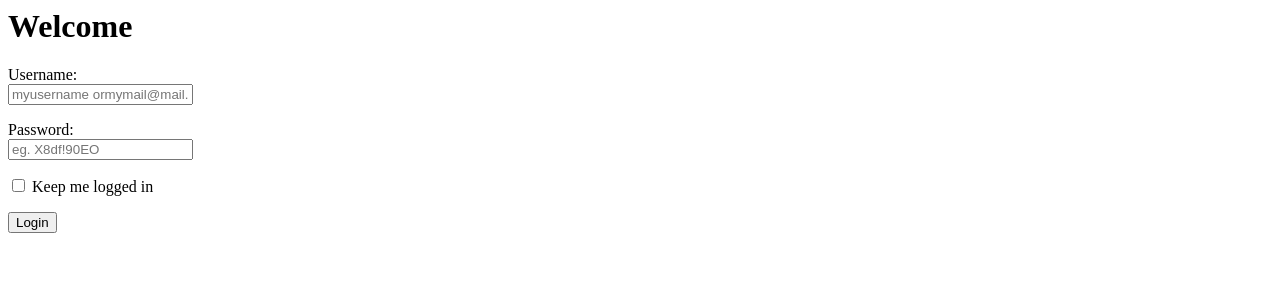
Repository: varshaumeshhs55/ServletProject
Page: LoginRegistrationApp/WebContent/index.html
These files come from the project's save history. The page is drawn as it stood at one moment and after the next save; the edit follows.
The browser window is 1280 px wide. The pictures show the whole page.

Above is the page before, as saved 2019-01-22 10:15:07.

After the next save:
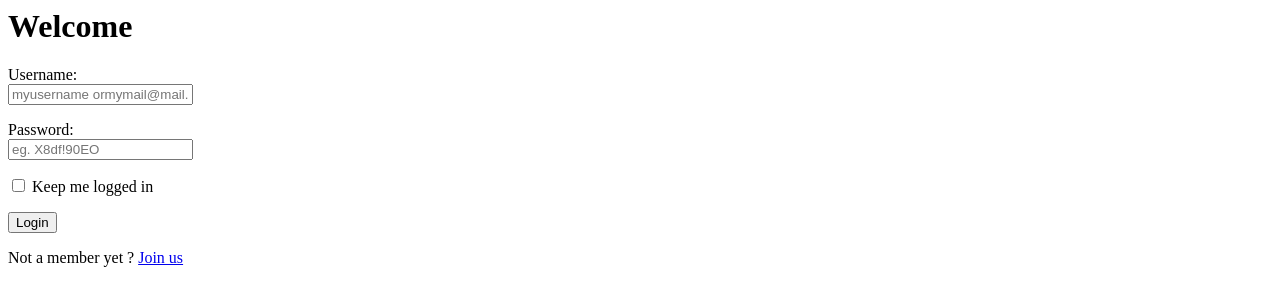
Saved 3 min 53 s later.
--- a/LoginRegistrationApp/WebContent/index.html
+++ b/LoginRegistrationApp/WebContent/index.html
@@ -21,6 +21,10 @@
 		<p>
 			<input type="submit" value="Login" />
 		</p>
+		<p>
+		Not a member yet ?
+					<a href="#toregister" class="to_register">Join us</a>
+				</p>
 	</form>
 </body>
 </html>
